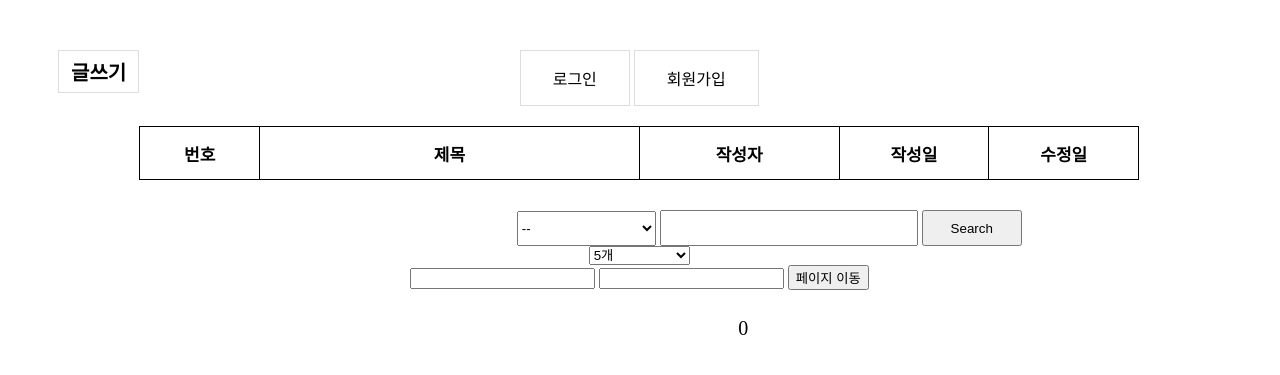
Repository: Shim-YoungDo/gaea-study
Page: http://localhost/study/WEB-INF/views/board/list.jsp
The author's editor kept a copy of each file at every save. The page is drawn from the files as they stood at one save, then again after the next save.
The browser window is 1280 px wide. The pictures show the whole page.
The page is served by Tomcat 9. Nobody is signed in. Other server files are loaded and not shown. The template is opened directly, without the code that normally fills it, so the values that code supplies are empty.

Above is the page before, as saved 2021-12-13 07:44:47.

### study/src/main/webapp/WEB-INF/views/board/list.jsp
<%@ page language="java" contentType="text/html; charset=UTF-8"
	pageEncoding="UTF-8"%>
<%@ taglib uri="http://java.sun.com/jsp/jstl/core" prefix="c"%>
<%@ taglib prefix="fmt" uri="http://java.sun.com/jsp/jstl/fmt"%>
<!DOCTYPE html>
<html>
<head>
<meta charset="UTF-8">
<title>Insert title here</title>
<link rel="stylesheet" href="/resources/css/board/list.css">
<script src="https://code.jquery.com/jquery-3.4.1.js"
	integrity="sha256-WpOohJOqMqqyKL9FccASB9O0KwACQJpFTUBLTYOVvVU="
	crossorigin="anonymous"></script>
</head>
<body>
	<div class="table_wrap">
		<a href="/board/registeView" class="enroll_btn">글쓰기</a>
		<div class="login_area">
		<!-- 로그인 x -->
		<c:if test="${member==null}">
		<div class="login_button"><a href="/member/login">로그인</a></div>
		<span><a href="/member/join">회원가입</a></span>
		</c:if>

		<!-- 로그인 o -->
		<c:if test="${member != null}">
		<div class="login_success_area">
			<span>이름:${member.memberName}</span>
			<span>아이디:${member.memberID}</span>
			<a href="/member/logout">로그아웃</a>
		</div>
		</c:if>

		<table>
			<thead>
				<tr>
					<th class="bno_width">번호</th>
					<th class="title_width">제목</th>
					<th class="writer_width">작성자</th>
					<th class="regdate_width">작성일</th>
					<th class="updatedate_width">수정일</th>
				</tr>
			</thead>
			<c:forEach items="${list}" var="list">
				<tr>
					<td><c:out value="${list.boardNumber}" /></td>
					<td>
						<a class="move" href='<c:out value="${list.boardNumber}"/>'>
							<c:out value="${list.boardTitle}" />
						</a>
					</td>
					<td>
						<c:out value="${list.boardWriter}" />
					</td>
					<td>
						<fmt:formatDate pattern="yyyy/MM/dd"
							value="${list.boardRegistrationDate}" />
					</td>
					<td>
						<fmt:formatDate pattern="yyyy/MM/dd"
							value="${list.boardUpdateDate}" />
					</td>
				</tr>
			</c:forEach>
		</table>

		<div class="search_wrap">
			<div class="search_area">
				<select name="type">
                <option value="" <c:out value="${pageMake.cri.type == null?'selected':'' }"/>>--</option>
                <option value="T" <c:out value="${pageMake.cri.type eq 'T'?'selected':'' }"/>>제목</option>
                <option value="C" <c:out value="${pageMake.cri.type eq 'C'?'selected':'' }"/>>내용</option>
                <option value="W" <c:out value="${pageMake.cri.type eq 'W'?'selected':'' }"/>>작성자</option>
                <option value="TC" <c:out value="${pageMake.cri.type eq 'TC'?'selected':'' }"/>>제목 + 내용</option>
                <option value="TW" <c:out value="${pageMake.cri.type eq 'TW'?'selected':'' }"/>>제목 + 작성자</option>
                <option value="TCW" <c:out value="${pageMake.cri.type eq 'TCW'?'selected':'' }"/>>제목 + 내용 + 작성자</option>
            </select>
				<input type="text" name="keyword" value="${pageMake.cri.keyword}">
				<button>Search</button>
			</div>
		</div>

		<div class="amount_wrap">
			<div class="amount_area">

					<select name="amount" onchange="selectBoxChange(this.value);">
						<option value="" disabled >=== 선택 ===</option>
						<option value=5 <c:out value="${pageMake.cri.amount == 5?'selected':''}"/>>5개</option>
    					<option value=10 <c:out value="${pageMake.cri.amount == 10?'selected':''}"/>>10개</option>
    					<option value=20 <c:out value="${pageMake.cri.amount == 20?'selected':''}"/>>20개</option>
    					<option value=25 <c:out value="${pageMake.cri.amount == 25?'selected':''}"/>>25개</option>

					</select>

			</div>
		</div>


		<div class="page_select_wrap">
			<div class="page_select_area">
				<input type = "text" pattern="\d" name="pageSelect"<c:out value="${pageMake.cri.pageNum}"/>>
				<input name = "totalPage" readonly="readonly" value = '<c:out value="${pageMake.realEnd}"/>'>
				<button>페이지 이동</button>
			</div>
		</div>

		<div class="pageInfo_wrap">
			<div class="pageInfo_area">
				<ul id="pageInfo" class="pageInfo">

					<!-- 이전페이지 버튼 -->
					<c:if test="${pageMake.prev}">
						<li class="pageInfo_btn previous"><a href="${pageMake.startPage-1}">이전</a></li>
					</c:if>

					<!-- 각 번호 페이지 버튼 -->
					<c:forEach var="num" begin="${pageMake.startPage}" end="${pageMake.endPage}">
						<li class="pageInfo_btn ${pageMake.cri.pageNum == num ? "active":"" }"><a href="${num}">${num}</a></li>
					</c:forEach>

					<!--
					<form id="pageForm" method="post">
					<select name="amount" id="amount" onchange="selectBoxChange(this.value);">
						<option value="none">=== 선택 ===</option>
						<option value="5">5개</option>
    					<option value="10">10개</option>
    					<option value="20">20개</option>
					</select>
					</form>
					-->

					<!-- 다음페이지 버튼 -->
					<c:if test="${pageMake.next}">
						<li class="pageInfo_btn next"><a href="${pageMake.endPage+1}">다음</a></li>
					</c:if>
				</ul>
			</div>
		</div>

		<form id="moveForm" method="get">
			<input type="hidden" name="pageNum" value="${pageMake.cri.pageNum}">
			<input type="hidden" name="amount" value="${pageMake.cri.amount}">
			<input type="hidden" name="keyword" value="${pageMake.cri.keyword}">
			<input type="hidden" name="type" value="${pageMake.cri.type}">

		</form>
	</div>
</div>

	<script>
		let moveForm = $("#moveForm");
		let pageForm = $("#pageForm");

		$(".move").on("click", function(e) {
			e.preventDefault();
			moveForm.append("<input type='hidden' name='boardNumber' value='"
					+ $(this).attr("href") + "'>"); //<form>내부 boardNumber값을 저장하는 <input>태그 생성
			moveForm.attr("action", "/board/getPage");
			moveForm.submit();
				});

		$(".pageInfo a").on("click", function(e){
			e.preventDefault();
			moveForm.find("input[name='pageNum']").val($(this).attr("href")); //<form>내부 pageNum과 관련된 <input>태그의 value 속성값에 클릭한<a>태그 페이지 번호 삽입
			moveForm.attr("action", "/board/list");
			moveForm.submit();
		});

		/*
		var selectBoxChange = function(value){
			console.log("결과:" +value);
			$.ajax({
				type:"post",
				url:"/board/pageAmount",
				data: "pageAmount=" +value,
				success : function(data){
					alert("성공", +data);
					console.log(data);
				}
			});
		}*/

		/*
		$("#pageForm").change(function(){
			var pageAmount = value;

			$.ajax({
				type:"post",
				url:"/board/pageAmount",
				data: "pageAmount=" +pageAmount,
				success : function(data){
					alert("성공", +data);
					console.log(data);
				}
			});

		});*/


		//검색기능
		$(".search_area button").on("click", function(e){
			e.preventDefault();

			let type = $(".search_area select").val();
			let keyword = $(".search_area input[name='keyword']").val();

			if(!type){
				alert("검색 종류를 선택하세요");
				return false;
			}
			if(!keyword){
				alert("키워드를 입력하세요");
				return false;
			}

			//let val = $("input[name='keyword']").val();
			moveForm.find("input[name='type']").val(type);
			moveForm.find("input[name='keyword']").val(keyword);
			moveForm.find("input[name='pageNum']").val(1);
			moveForm.submit();
		});

		/*
		$("#pageForm").change(function(){
			var pageAmount = value;
			let amount = $(".amount_area select").val();

			pageForm.find("input[name]='amount'").val(amount);
			pageForm.submit();
		});*/

		//화면에 출력될 총 게시글 수 선택
		var selectBoxChange = function(value){

			let amount = $(".amount_area select").val();

			//pageForm.find("input[name]='amount'").val(amount);
			//pageForm.submit();
			moveForm.find("input[name='amount']").val(amount);
			moveForm.find("input[name='pageNum']").val(1);
			moveForm.submit();

			console.log("결과:" +value);
			//alert("성공", +data);
		}

		//선택 페이지 이동
		$(".page_select_area button").on("click",function(){

			let pageNum = $(".page_select_area [name='pageSelect']").val();

			moveForm.find("input[name='pageNum']").val(pageNum);
			moveForm.attr("action", "/board/list");
			moveForm.submit();
		});




		/*
		$(".page_count_area button").on("click"function(){
			let pageCount = $(".page_count_area [name='pageCount']").val();
			moveForm.find("input[name='pageCount']").val(pageCount);
			moveForm.attr("action", "/board/list");
			moveForm.submit();
		});
		*/
	</script>

</body>
</html>

### study/src/main/webapp/resources/css/board/list.css
@charset "UTF-8";
a{
  	text-decoration : none;
  }
  table{
 	border-collapse: collapse;
 	width: 1000px;
 	margin-top : 20px;
 	text-align: center;
  }
  td, th{
  	border : 1px solid black;
  	height: 50px;
  }
  th{
  	font-size : 17px;
  }
  thead{
  	font-weight: 700;
  }
  .table_wrap{
  	margin : 50px 0 0 50px;
  }
  .bno_width{
  	width: 12%;
  }
  .writer_width{
  	width: 20%;
  }
  .regdate_width{
  	width: 15%;
  }
  .updatedate_width{
  	width: 15%;
  }
  .enroll_btn{
    float:left;
  	font-size: 20px;
    padding: 6px 12px;
    background-color: #fff;
    border: 1px solid #ddd;
    font-weight: 600;
  }
  .list_btn{
  	float:center;
  	font-size: 20px;
    padding: 6px 12px;
    background-color: #fff;
    border: 1px solid #ddd;
    font-weight: 600;
  }

  .pageInfo{
      list-style : none;
      display: inline-block;
    margin: 20px 0 0 150px;
  }
  .pageInfo li{
      float: left;
    font-size: 20px;
    margin-left: 18px;
    padding: 7px;
    font-weight: 500;
  }
  .login_area{
	height:30%;
	display:inline-block;
	text-align:center;
}
  .login_button{
  	background-color: #ffffff; /* Green */
    border: 1px solid #ddd;
    color: white;
    padding: 15px 32px;
    text-align: center;
    text-decoration: none;
    display: inline-block;
    font-size: 16px;
  }
  .login_area>span{
	background-color: #ffffff; /* Green */
    border: 1px solid #ddd;
    color: white;
    padding: 15px 32px;
    text-align: center;
    text-decoration: none;
    display: inline-block;
    font-size: 16px;
}

/*로그인 성공 영역*/
.login_success_area{
	width:25%;
	height:30%;
	border:2px solid #7474ad;
	border-radius:15px;
	margin:5% auto;
}
.login_success_area>span{
	display:block;
	text-align:left;
	margin-left:10px
}
.login_success_area>a{
    font-size: 15px;
    font-weight: 900;
    display: inline-block;
    margin-top: 5px;
    background: #e1e5e8;
    width: 82px;
    height: 22px;
    line-height: 22px;
    border-radius: 25px;
    color: #606267;
}

.search_area{
    display: inline-block;
    margin-top: 30px;
    margin-left: 260px;
  }
  .search_area input{
      height: 30px;
    width: 250px;
  }
  .search_area button{
     width: 100px;
    height: 36px;
  }

  .search_area select{
  	height:35px;
  }


 a:link {color:black; text-decoration: none;}
 a:visited {color:black; text-decoration: none;}
 a:hover {color:blue; text-decoration: underline;}
 .active{
 	text-decoration:underline;
 }

After the next save:
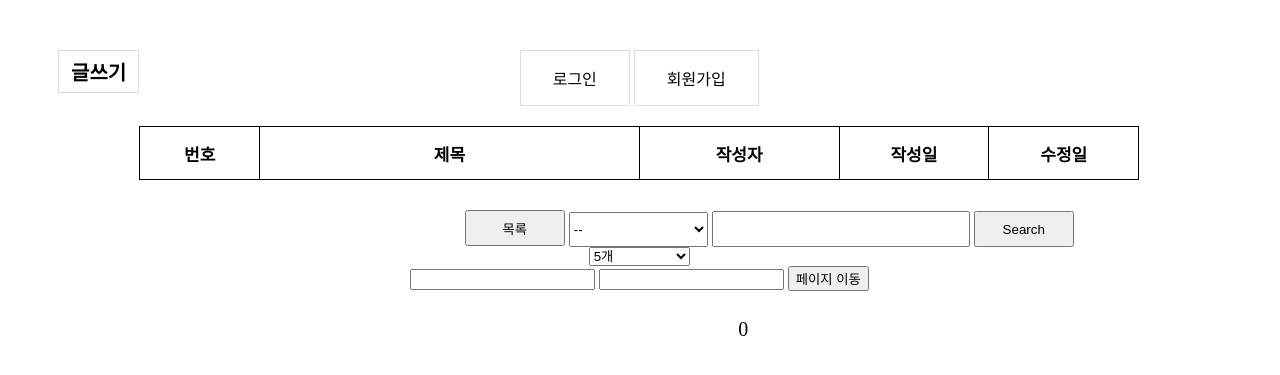
Saved 6 min 35 s later.
--- a/study/src/main/webapp/WEB-INF/views/board/list.jsp
+++ b/study/src/main/webapp/WEB-INF/views/board/list.jsp
@@ -66,6 +66,7 @@
 
 		<div class="search_wrap">
 			<div class="search_area">
+				<button>목록</button>
 				<select name="type">
                 <option value="" <c:out value="${pageMake.cri.type == null?'selected':'' }"/>>--</option>
                 <option value="T" <c:out value="${pageMake.cri.type eq 'T'?'selected':'' }"/>>제목</option>

After the save that followed:
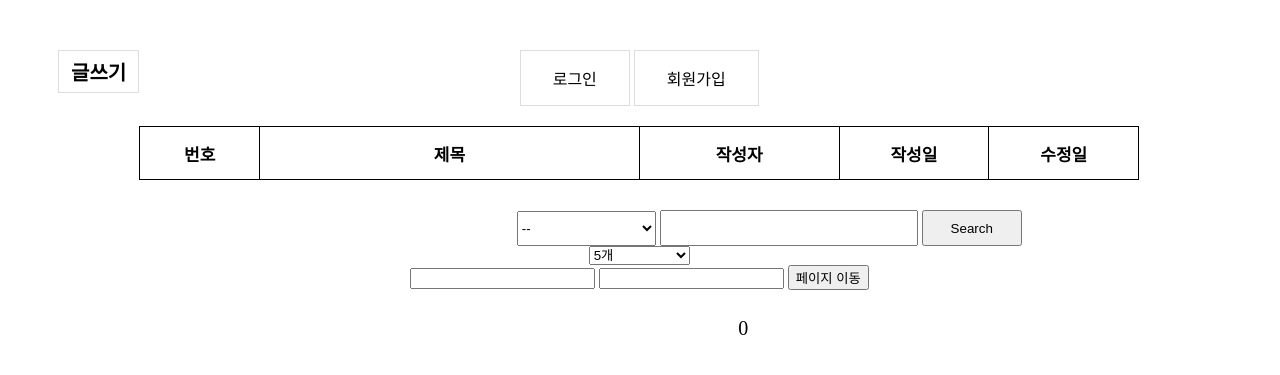
Saved 36 s later.
--- a/study/src/main/webapp/WEB-INF/views/board/list.jsp
+++ b/study/src/main/webapp/WEB-INF/views/board/list.jsp
@@ -66,7 +66,6 @@
 
 		<div class="search_wrap">
 			<div class="search_area">
-				<button>목록</button>
 				<select name="type">
                 <option value="" <c:out value="${pageMake.cri.type == null?'selected':'' }"/>>--</option>
                 <option value="T" <c:out value="${pageMake.cri.type eq 'T'?'selected':'' }"/>>제목</option>
